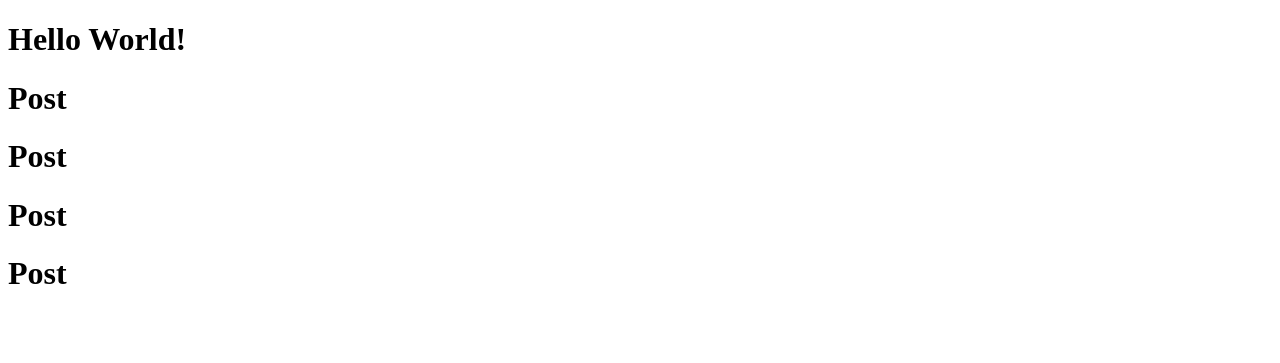
Repository: guilhermecardoso93/ignite-react-igniteFeed
Page: /
An editor plug-in stored every save of this project. The page is shown before and after the next save, followed by the edit.
The browser window is 1280 px wide. The pictures show the whole page.
The project was rebuilt for these pictures with package versions that can differ from the ones it lists, and the page was loaded fresh each time. Also part of the build but not shown: vite.config.js.

Above is the page before, as saved 2022-06-09 21:13:11.

After the next save:
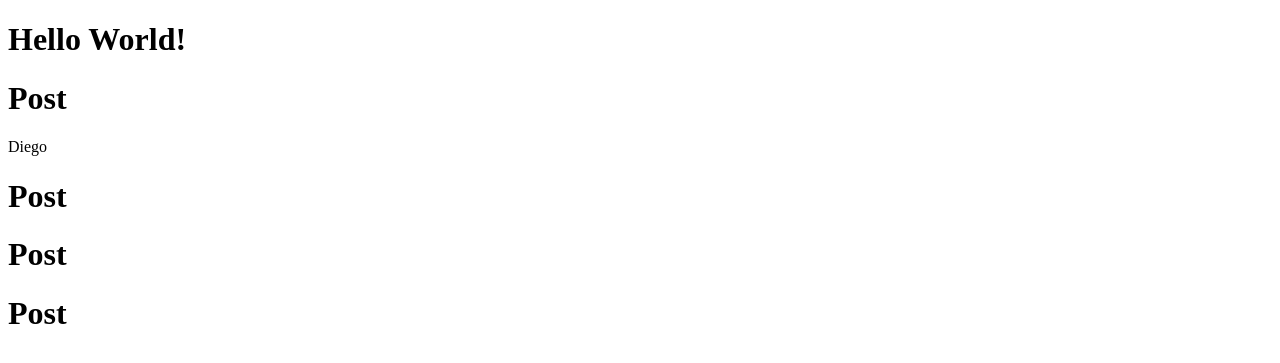
Saved 52 s later.
--- a/src/components/Post.jsx
+++ b/src/components/Post.jsx
@@ -2,6 +2,7 @@ export function Post(props) {
   return (
     <>
       <h1>Post</h1>
+      <p>{props.author}</p>
     </>
   );
 }
